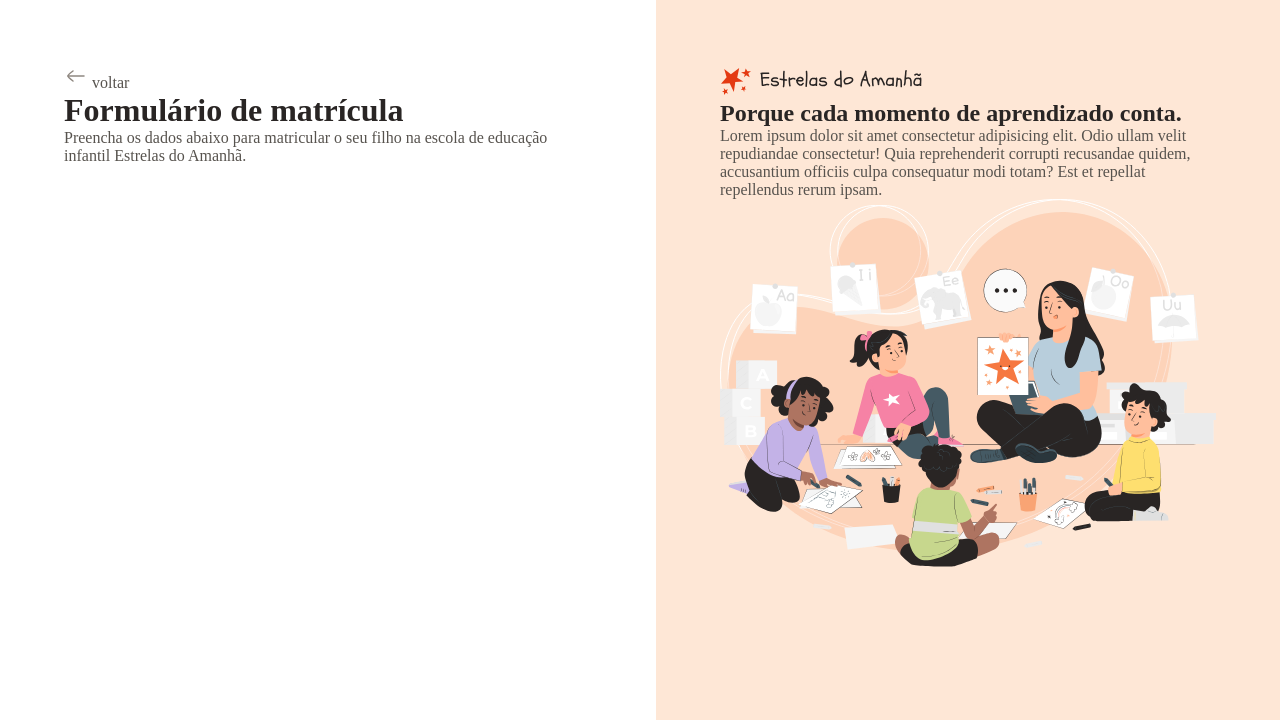
Repository: JeffRodFer/Formulario_de_Matriculas
Page: index.html
An editor plug-in stored every save of this project. The page is shown before and after the next save, followed by the edit.
The browser window is 1280 px wide. The pictures show the whole page.

Above is the page before, as saved 2025-05-06 21:43:17.

### index.html
<!DOCTYPE html>
<html lang="pt-br">
<head>

  <link rel="preconnect" href="https://fonts.googleapis.com">
  <link rel="preconnect" href="https://fonts.gstatic.com" crossorigin>

  <meta charset="UTF-8">
  <meta name="viewport" content="width=device-width, initial-scale=1.0">
  <title>Estrelas do Amanhã</title>

  <link rel="stylesheet" href="styles/index.css">
  <link href="https://fonts.googleapis.com/css2?family=Archivo:ital,wght@0,100..900;1,100..900&family=Bree+Serif&family=Poppins:wght@400;700&display=swap" rel="stylesheet">
</head>
<body>
  <div id="app">
    <main>
      <div class="main-container">
        <div>
          <img src="assets/icons/arrow-left-02.svg" alt="Seta para voltar">
          <span>voltar</span>
        </div>
        <h1>Formulário de matrícula</h1>
        <p>Preencha os dados abaixo para matricular o seu filho na escola de educação infantil Estrelas do Amanhã.</p>
      </div>
    </main>

    <aside>
      <div class="aside-container">
        <header>
          <img src="assets/icons/logo.svg" alt="Logo estrelas do amanhã">
          <h2>Porque cada momento de
          <span> aprendizado </span>
          conta.</h2>
          <p>Lorem ipsum dolor sit amet consectetur adipisicing elit. Odio ullam velit repudiandae consectetur! Quia reprehenderit corrupti recusandae quidem, accusantium officiis culpa consequatur modi totam? Est et repellat repellendus rerum ipsam.</p>
        </header>
        <img src="assets/Illustration.svg" alt="Ilustração de uma professora com seus alunos">

      </div>
    </aside>

  </div>

</body>
</html>

### styles/global.css
* {
  margin: 0;
  padding: 0;
  box-sizing: border-box;
}

:root {
  --font-family: "Poppins", sans-serife;
  --text: 4001rem/1.5 var(--not-fsmily);
  --text-sm: 400 .875rem/1.4 var(--font-family);


  --text-primary: #292524;
  --text-secondary: #57534e;
  --text-tertiary: #8f8801;
  --text0-height: #e43a12;

  --surface-primary: #ffffff;
  --surface-secondary: #fee7d6;

  --stroke-default: #d6d3d1;
  --stroke-hightlight: #f3541c;
  --semantics-error:#dc2626;
}

body {
  overflow: hidden;

  font: var(--text);
  color: var(--text-secondary);
}

h1, h2 {
  color: var(--text-primary);
}

### styles/layout.css
#app {
  display: grid;
  grid-template-columns: 51.25% 48.75%;

  height: 100vh;
  overflow: hidden;
}

main {
  overflow: auto;
  padding: 4rem;

  & .main-container{
    max-width: 33rem;
    margin-left: auto;
  }

  & .back {
    display: flex;
    align-items: center;
    gap: .5rem;
    margin-bottom: 1.5rem;
  }

  h1 {

  }

}
aside {
  background-color: var(--surface-secondary);
  padding: 4rem;

  & .aside-container {
    max-width: 31rem;
  }

}

Loaded but not shown: styles/index.css (common file)

After the next save:
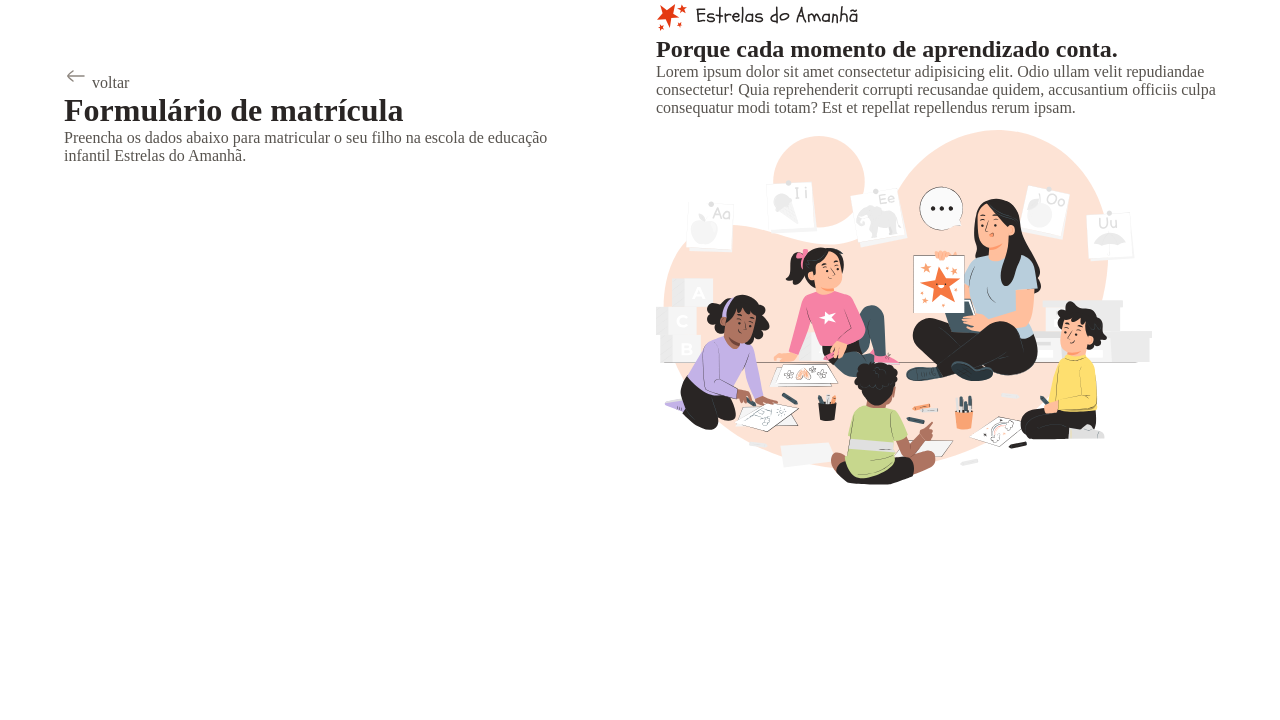
Saved 4 s later.
--- a/styles/layout.css
+++ b/styles/layout.css
@@ -22,8 +22,7 @@
     margin-bottom: 1.5rem;
   }
 
-  h1 {
-
+  h
   }
 
 }

After the 3 saves that followed:
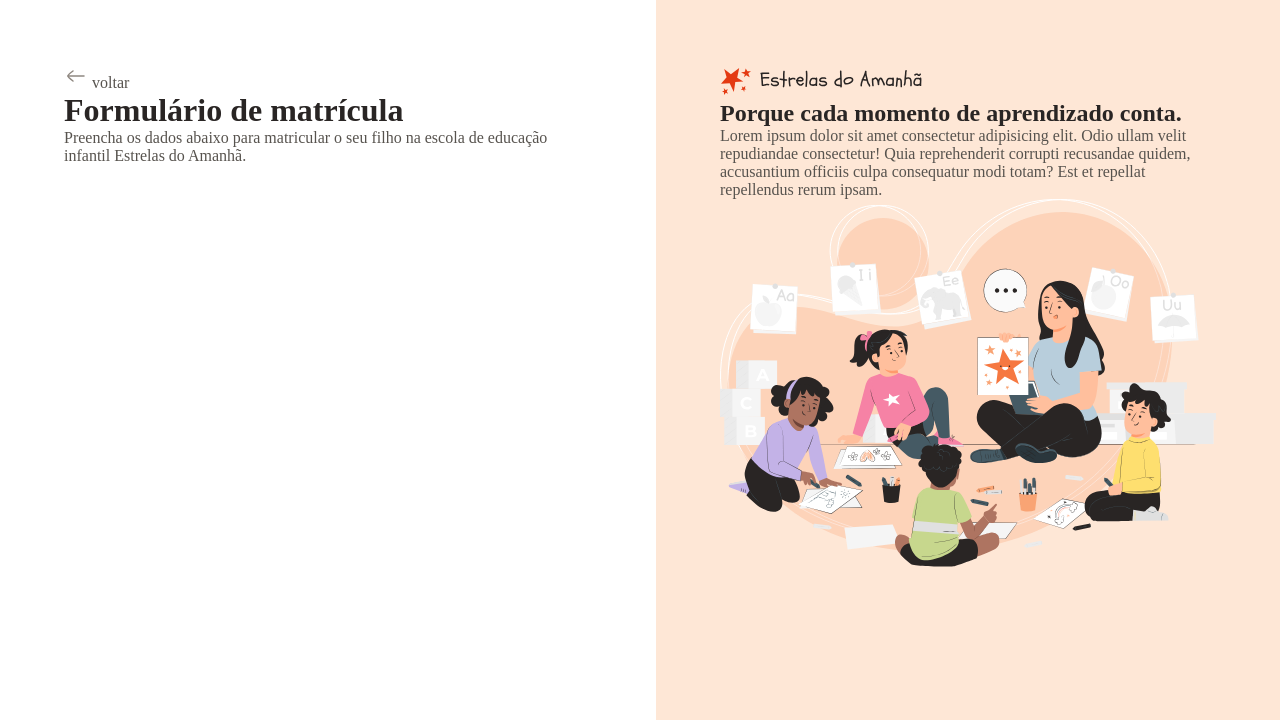
The 3 saves are shown as one change because they came seconds apart.
The last was saved 10 s later.
--- a/styles/layout.css
+++ b/styles/layout.css
@@ -22,8 +22,7 @@
     margin-bottom: 1.5rem;
   }
 
-  h
-  }
+  & h1
 
 }
 aside {
